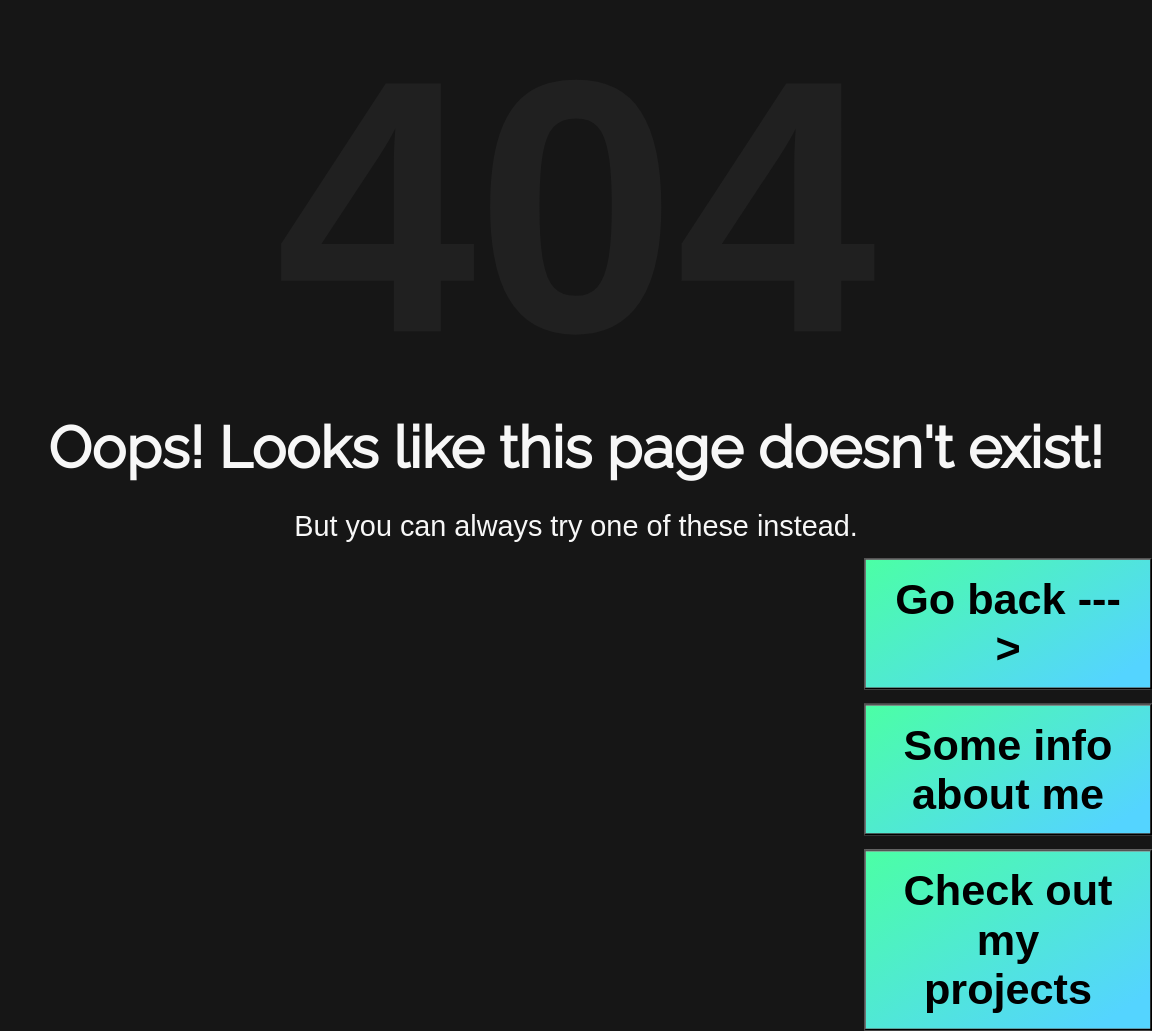
Repository: TeeJaysDev/Portfolio
Page: 404.html
The author's editor kept a copy of each file at every save. The page is drawn from the files as they stood at one save, then again after the next save.
The browser window is 1280 px wide. The pictures show the whole page, at 90% of full size.

Above is the page before, as saved 2021-08-26 21:59:53.

After the next save:
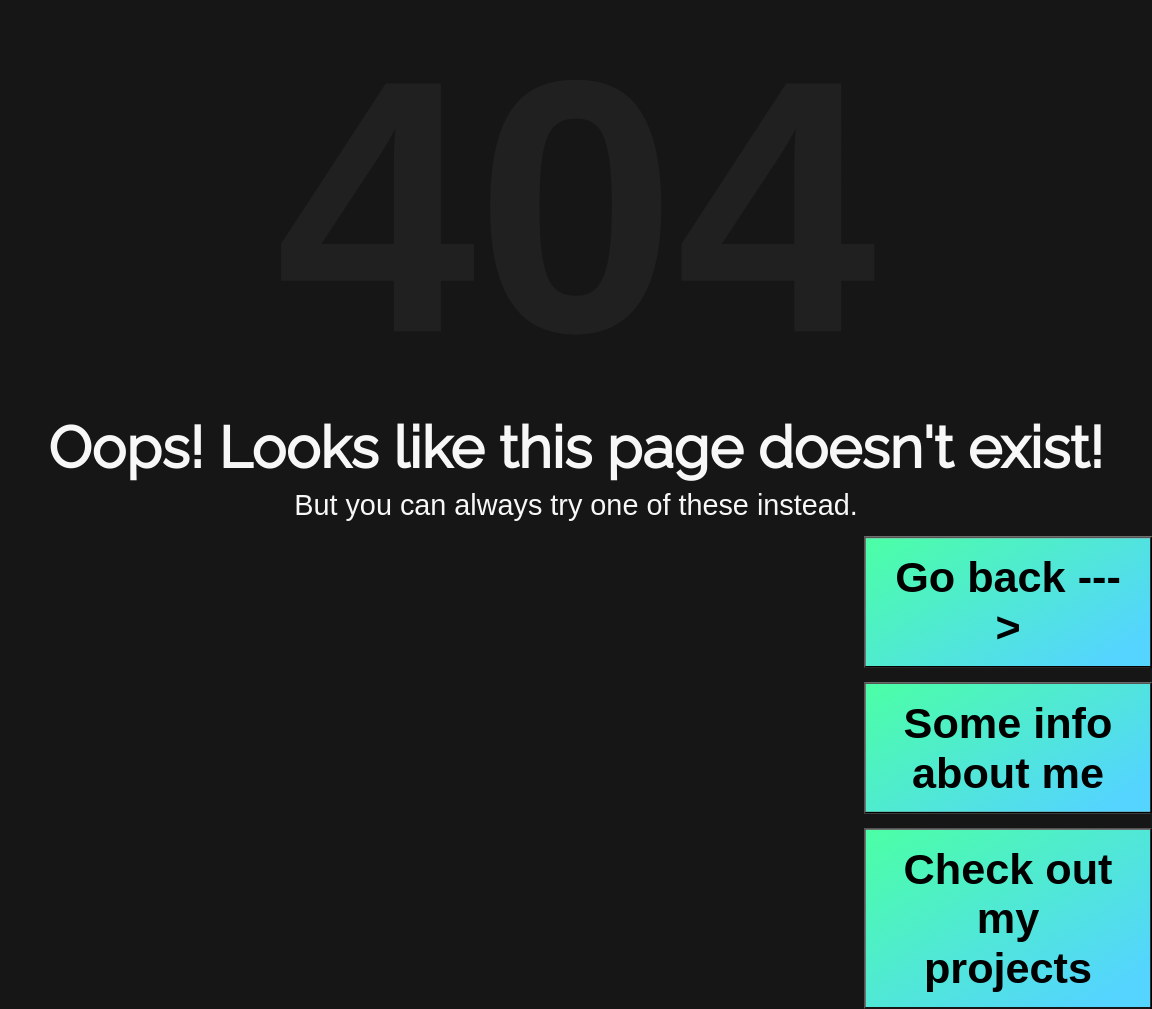
Saved 8 s later.
--- a/404.css
+++ b/404.css
@@ -24,7 +24,7 @@ h1 {
     font-family: Raleway;
     font-size: 4rem;
     font-weight: 700;
-    margin-bottom: 2rem;
+    margin-bottom: 0.5rem;
 }
 
 h3 {
